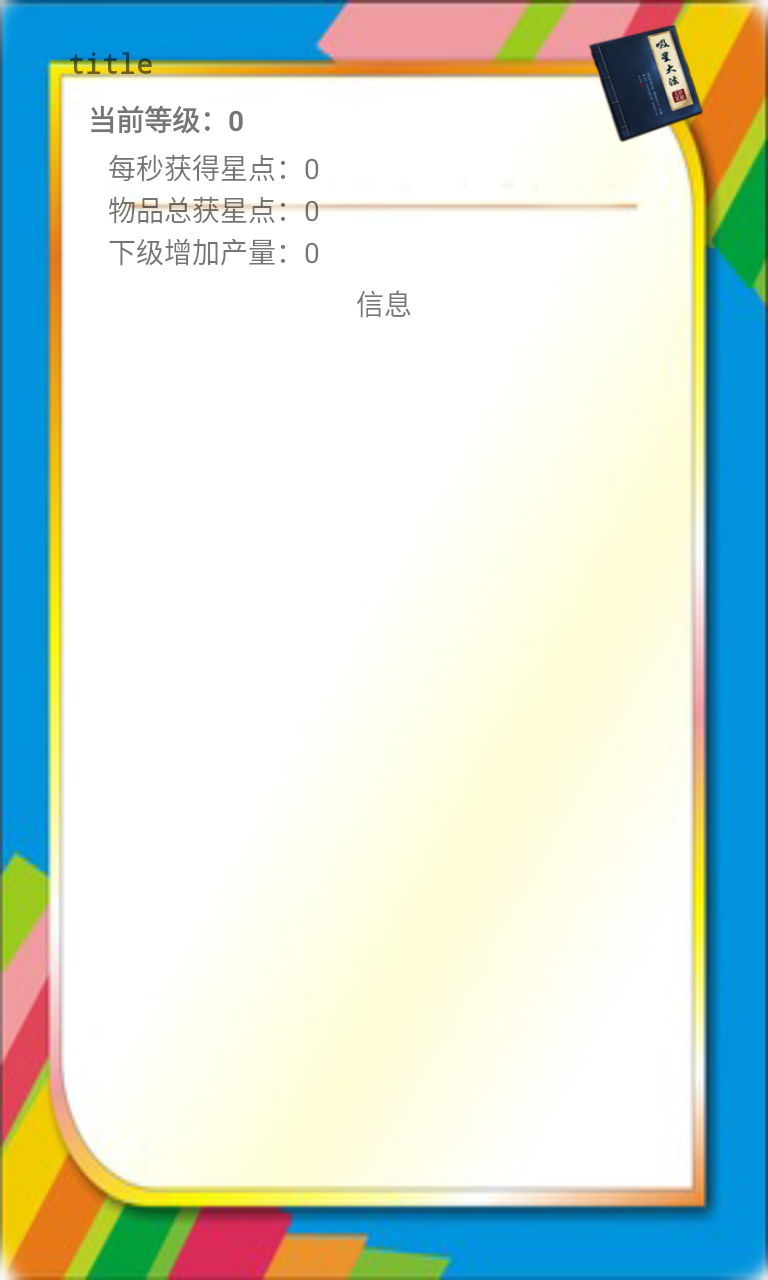
Repository: xianyun2014/StarPoint
Layout: game/res/layout/build_info_view.xml
An editor plug-in stored every save of this project. The layout is shown before and after the next save, followed by the edit.
It is drawn on a 768 x 1280 px phone screen (xhdpi) without system bars, with theme AppTheme; the app's code is not run.

Above is the layout before, as saved 2014-11-17 15:39:55.

### game/res/layout/build_info_view.xml
<RelativeLayout xmlns:android="http://schemas.android.com/apk/res/android"
    xmlns:android1="http://schemas.android.com/apk/res/android"
    android1:id="@+id/build_info"
    android1:layout_width="wrap_content"
    android1:layout_height="wrap_content"
    android1:layout_alignParentLeft="true"
    android1:layout_alignParentTop="true"
    android1:layout_alignParentBottom="true"
    android1:layout_alignParentRight="true"
    android1:layout_marginTop="60dp"
    android1:layout_marginRight="10dp"
    android1:layout_marginLeft="10dp"
    android1:layout_marginBottom="150dp">

    <ImageView
        android1:id="@+id/imageView1"
        android1:layout_width="fill_parent"
        android1:layout_height="fill_parent"
        android1:layout_alignParentBottom="true"
        android1:layout_alignParentLeft="true"
        android1:layout_alignParentTop="true"
        android1:scaleType="fitXY"
        android1:src="@drawable/info_build" />

    <TextView
        android1:id="@+id/build_title"
        android1:layout_width="wrap_content"
        android1:layout_height="wrap_content"
        android1:layout_alignParentLeft="true"
        android1:layout_alignParentTop="true"
        android1:layout_below="@layout/build_info_view"
        android1:layout_marginLeft="34dp"
        android1:layout_marginTop="22dp"
        android1:text="title"
        android1:textStyle="bold"
        android1:typeface="monospace" />

    <TableLayout
        android1:id="@+id/TableLayout1"
        android1:layout_width="wrap_content"
        android1:layout_height="wrap_content"
        android1:layout_alignLeft="@+id/build_title"
        android1:layout_below="@+id/textcurlevel"
        android1:layout_marginLeft="20dp"
        android1:layout_marginTop="3dp" >

        <TableRow
            android1:id="@+id/tableRow1"
            android1:layout_width="wrap_content"
            android1:layout_height="wrap_content" >

            <TextView
                android1:id="@+id/textView1"
                android1:layout_width="wrap_content"
                android1:layout_height="wrap_content"
                android1:text="每秒获得星点：" />

            <TextView
                android1:id="@+id/txt_yield_sec"
                android1:layout_width="wrap_content"
                android1:layout_height="wrap_content"
                android1:text="0" />

        </TableRow>

        <TableRow
            android1:id="@+id/tableRow2"
            android1:layout_width="wrap_content"
            android1:layout_height="wrap_content" >

            <TextView
                android1:id="@+id/textView3"
                android1:layout_width="wrap_content"
                android1:layout_height="wrap_content"
                android1:text="物品总获星点：" />

            <TextView
                android1:id="@+id/txt_yield_total"
                android1:layout_width="wrap_content"
                android1:layout_height="wrap_content"
                android1:text="0" />

        </TableRow>

        <TableRow
            android1:id="@+id/tableRow3"
            android1:layout_width="wrap_content"
            android1:layout_height="wrap_content" >

            <TextView
                android1:id="@+id/textView5"
                android1:layout_width="wrap_content"
                android1:layout_height="wrap_content"
                android1:text="下级增加产量：" />

            <TextView
                android1:id="@+id/txt_next_add"
                android1:layout_width="wrap_content"
                android1:layout_height="wrap_content"
                android1:text="0" />
        </TableRow>
    </TableLayout>

    <TextView
        android1:id="@+id/textcurlevel"
        android1:layout_width="wrap_content"
        android1:layout_height="wrap_content"
        android1:layout_alignLeft="@id/build_title"
        android1:layout_below="@+id/build_title"
        android1:layout_marginLeft="10dp"
        android1:layout_marginTop="8dp"
        android1:text="当前等级："
        android1:textStyle="bold" />

    <TextView
        android1:id="@+id/txt_Level"
        android1:layout_width="wrap_content"
        android1:layout_height="wrap_content"
        android1:layout_alignBaseline="@+id/textcurlevel"
        android1:layout_alignBottom="@+id/textcurlevel"
        android1:layout_toRightOf="@+id/textcurlevel"
        android1:text="0"
        android1:textStyle="bold" />

    <TextView
        android1:id="@+id/textView2"
        android1:layout_width="wrap_content"
        android1:layout_height="wrap_content"
        android1:layout_below="@+id/TableLayout1"
        android1:layout_centerHorizontal="true"
        android1:layout_marginTop="5dp"
        android1:text="信息" />

    <ImageView
        android1:id="@+id/imageView2"
        android1:layout_width="60dp"
        android1:layout_height="60dp"
        android1:layout_alignRight="@+id/imageView1"
        android1:layout_alignTop="@+id/imageView1"
        android1:layout_marginRight="31dp"
        android1:layout_marginTop="11dp"
        android1:scaleType="fitXY"
        android1:src="@drawable/jz_xzdf" />

</RelativeLayout>

Loaded but not shown: game/res/values/styles.xml (common file); game/res/values-v11/styles.xml (common file); game/res/values-v14/styles.xml (common file)

After the next save:
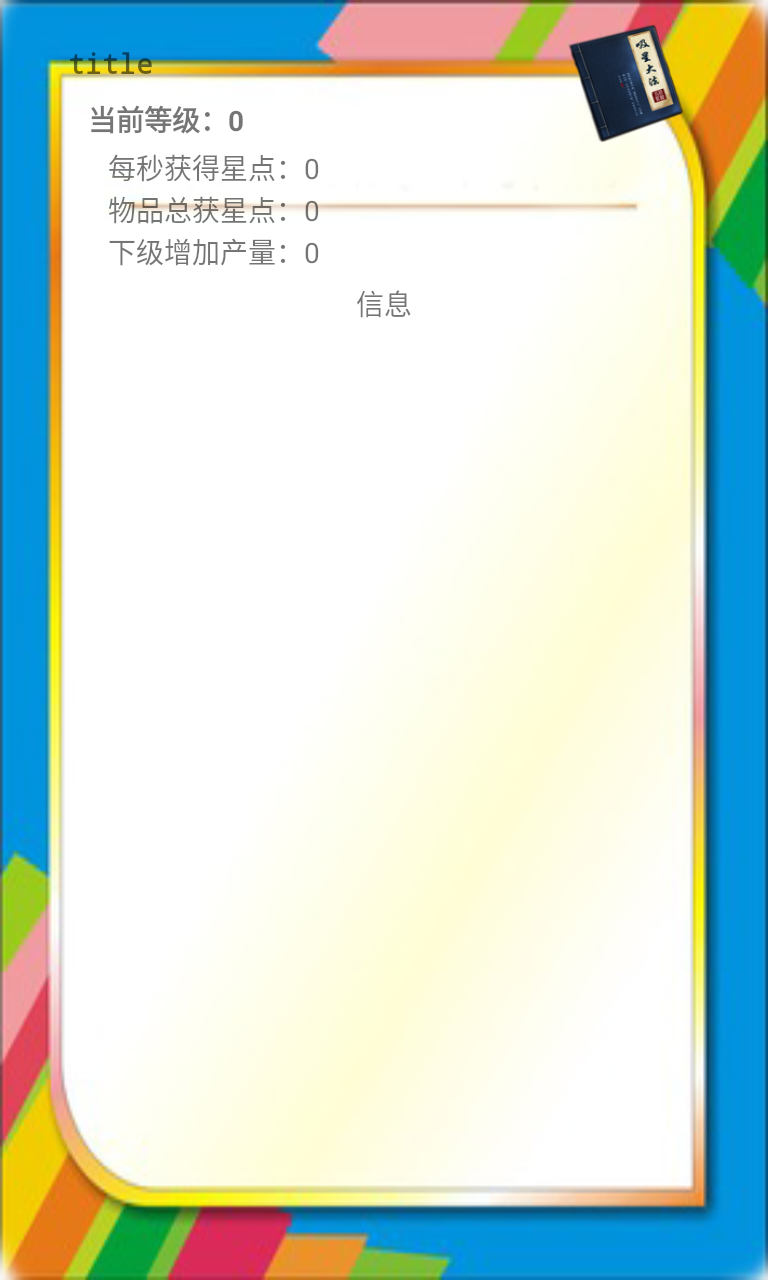
Saved 12 s later.
--- a/game/res/layout/build_info_view.xml
+++ b/game/res/layout/build_info_view.xml
@@ -137,7 +137,7 @@
         android1:layout_height="60dp"
         android1:layout_alignRight="@+id/imageView1"
         android1:layout_alignTop="@+id/imageView1"
-        android1:layout_marginRight="31dp"
+        android1:layout_marginRight="41dp"
         android1:layout_marginTop="11dp"
         android1:scaleType="fitXY"
         android1:src="@drawable/jz_xzdf" />
